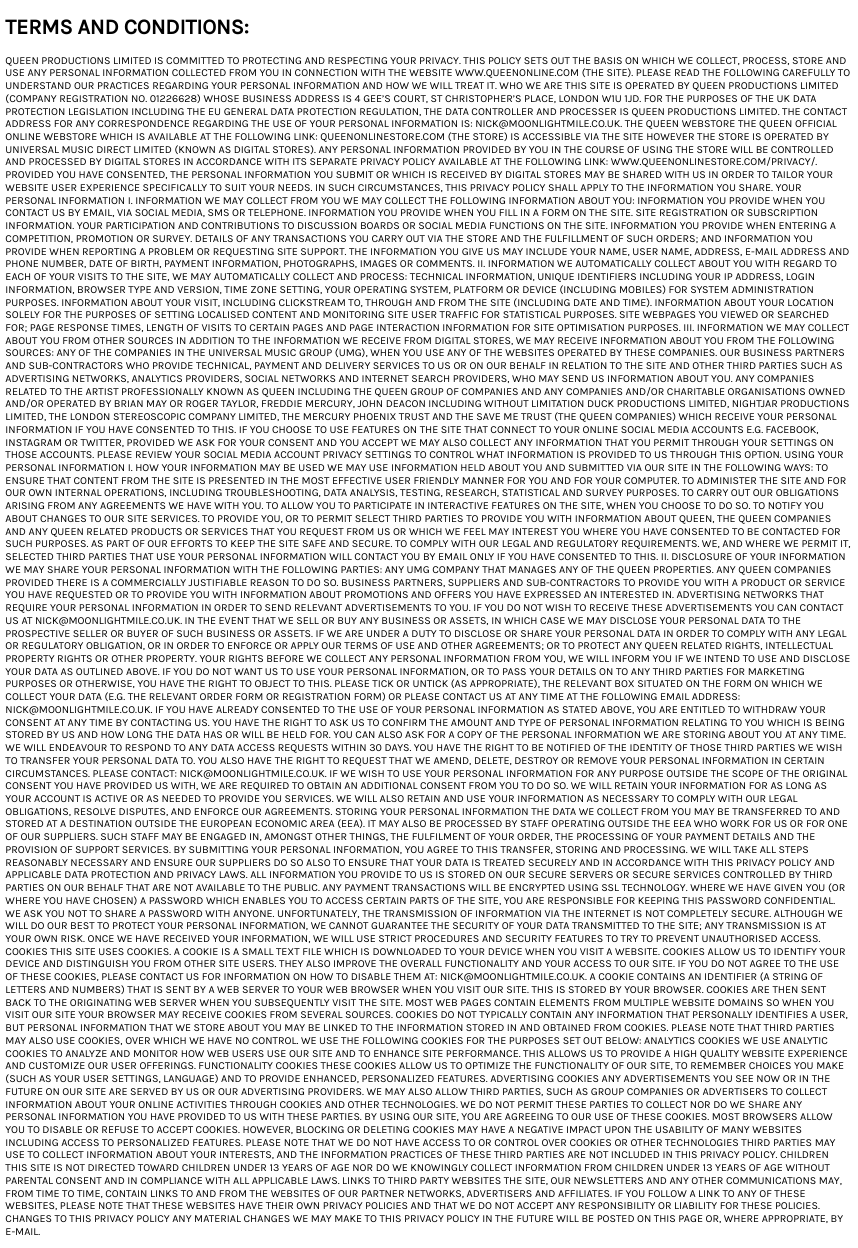
Repository: Olan1/Queen---The-Unofficial-Site
Page: terms-and-conditions.html
The author's editor kept a record of every edit. The page is drawn from the files as they stood at one moment, then again after the next edit.
The browser window is 1280 px wide. The pictures show the whole page, at 67% of full size.

Above is the page before.

### terms-and-conditions.html
<!DOCTYPE html>
<html lang="en">

<head>
    <meta charset="UTF-8">
    <meta name="viewport" content="width=device-width, initial-scale=1.0">
    <meta http-equiv="X-UA-Compatible" content="ie=edge">
    <link href="https://fonts.googleapis.com/css?family=Karla&display=swap" rel="stylesheet">
    <title>Terms and Conditions</title>
    <style>
        body {
            font-family: 'Karla', sans-serif;
            text-transform: uppercase;
        }
    </style>
</head>

<body>
    <h1>Terms and Conditions:</h1>
    <!--Source: http://www.queenonline.com/privacy_policy-->
    <p>Queen Productions Limited is committed to protecting and respecting your privacy. This policy sets out the basis on which we collect, process, store and use any personal information collected from you in connection with the website
        www.queenonline.com
        (the Site). Please read the following carefully to understand our practices regarding your personal information and how we will treat it. Who we are This Site is operated by Queen Productions Limited (company registration no. 01226628) whose business
            address is 4 Gee’s Court, St Christopher’s Place, London W1U 1JD. For the purposes of the UK Data Protection legislation including the EU General Data Protection Regulation, the data controller and processer is Queen Productions Limited. The
            contact address for any correspondence regarding the use of your personal Information is: nick@moonlightmile.co.uk. The Queen Webstore The Queen official online webstore which is available at the following link: queenonlinestore.com (the Store)
            is accessible via the Site however the Store is operated by Universal Music Direct Limited (known as Digital Stores). Any personal information provided by you in the course of using the Store will be controlled and processed by Digital Stores
            in accordance with its separate Privacy Policy available at the following link: www.queenonlinestore.com/privacy/. Provided you have consented, the personal information you submit or which is received by Digital Stores may be shared with us
            in order to tailor your website user experience specifically to suit your needs. In such circumstances, this Privacy Policy shall apply to the information you share. Your Personal Information I. Information we may collect from you We may collect
            the following information about you: Information you provide when you contact us by email, via social media, SMS or telephone. Information you provide when you fill in a form on the Site. Site registration or subscription information. Your
            participation and contributions to discussion boards or social media functions on the Site. Information you provide when entering a competition, promotion or survey. Details of any transactions you carry out via the Store and the fulfillment
            of such orders; and Information you provide when reporting a problem or requesting Site support. The information you give us may include your name, user name, address, e-mail address and phone number, date of birth, payment information, photographs,
            images or comments. II. Information we automatically collect about you With regard to each of your visits to the Site, we may automatically collect and process: Technical information, unique identifiers including your IP address, login information,
            browser type and version, time zone setting, your operating system, platform or device (including mobiles) for system administration purposes. Information about your visit, including clickstream to, through and from the Site (including date
            and time). Information about your location solely for the purposes of setting localised content and monitoring Site user traffic for statistical purposes. Site webpages you viewed or searched for; page response times, length of visits to certain
            pages and page interaction information for Site optimisation purposes. III. Information we may collect about you from other sources In addition to the information we receive from Digital Stores, we may receive information about you from the
            following sources: Any of the companies in the Universal Music Group (UMG), when you use any of the websites operated by these companies. Our business partners and sub-contractors who provide technical, payment and delivery services to us
            or on our behalf in relation to the Site and other third parties such as advertising networks, analytics providers, social networks and internet search providers, who may send us information about you. Any companies related to the artist professionally
            known as Queen including the Queen group of companies and any companies and/or charitable organisations owned and/or operated by Brian May or Roger Taylor, Freddie Mercury, John Deacon including without limitation Duck Productions Limited,
            Nightjar Productions Limited, The London Stereoscopic Company Limited, The Mercury Phoenix Trust and The Save Me Trust (the Queen Companies) which receive your personal information if you have consented to this. If you choose to use features
            on the Site that connect to your online social media accounts e.g. Facebook, Instagram or Twitter, provided we ask for your consent and you accept we may also collect any information that you permit through your settings on those accounts.
            Please review your social media account privacy settings to control what information is provided to us through this option. Using Your Personal Information I. How your information may be used We may use information held about you and submitted
            via our Site in the following ways: To ensure that content from the Site is presented in the most effective user friendly manner for you and for your computer. To administer the Site and for our own internal operations, including troubleshooting,
            data analysis, testing, research, statistical and survey purposes. To carry out our obligations arising from any agreements we have with you. To allow you to participate in interactive features on the Site, when you choose to do so. To notify
            you about changes to our Site services. To provide you, or to permit select third parties to provide you with information about Queen, the Queen Companies and any Queen related products or services that you request from us or which we feel
            may interest you where you have consented to be contacted for such purposes. As part of our efforts to keep the Site safe and secure. To comply with our legal and regulatory requirements. We, and where we permit it, selected third parties
            that use your personal information will contact you by email only if you have consented to this. II. Disclosure of your information We may share your personal information with the following parties: Any UMG company that manages any of the
            Queen properties. Any Queen Companies provided there is a commercially justifiable reason to do so. Business partners, suppliers and sub-contractors to provide you with a product or service you have requested or to provide you with information
            about promotions and offers you have expressed an interested in. Advertising networks that require your personal information in order to send relevant advertisements to you. If you do not wish to receive these advertisements you can contact
            us at nick@moonlightmile.co.uk. In the event that we sell or buy any business or assets, in which case we may disclose your personal data to the prospective seller or buyer of such business or assets. If we are under a duty to disclose or
            share your personal data in order to comply with any legal or regulatory obligation, or in order to enforce or apply our terms of use and other agreements; or to protect any Queen related rights, intellectual property rights or other property.
            Your Rights Before we collect any personal information from you, we will inform you if we intend to use and disclose your data as outlined above. If you do not want us to use your personal information, or to pass your details on to any third
            parties for marketing purposes or otherwise, you have the right to object to this. Please tick or untick (as appropriate), the relevant box situated on the form on which we collect your data (e.g. the relevant order form or registration form)
            or please contact us at any time at the following email address: nick@moonlightmile.co.uk. If you have already consented to the use of your personal information as stated above, you are entitled to withdraw your consent at any time by contacting
            us. You have the right to ask us to confirm the amount and type of personal information relating to you which is being stored by us and how long the data has or will be held for. You can also ask for a copy of the personal information we are
            storing about you at any time. We will endeavour to respond to any data access requests within 30 days. You have the right to be notified of the identity of those third parties we wish to transfer your personal data to. You also have the right
            to request that we amend, delete, destroy or remove your personal information in certain circumstances. Please contact: nick@moonlightmile.co.uk. If we wish to use your personal information for any purpose outside the scope of the original
            consent you have provided us with, we are required to obtain an additional consent from you to do so. We will retain your information for as long as your account is active or as needed to provide you services. We will also retain and use your
            information as necessary to comply with our legal obligations, resolve disputes, and enforce our agreements. Storing Your Personal Information The data we collect from you may be transferred to and stored at a destination outside the European
            Economic Area (EEA). It may also be processed by staff operating outside the EEA who work for us or for one of our suppliers. Such staff may be engaged in, amongst other things, the fulfilment of your order, the processing of your payment
            details and the provision of support services. By submitting your personal information, you agree to this transfer, storing and processing. We will take all steps reasonably necessary and ensure our suppliers do so also to ensure that your
            data is treated securely and in accordance with this Privacy Policy and applicable data protection and privacy laws. All information you provide to us is stored on our secure servers or secure services controlled by third parties on our behalf
            that are not available to the public. Any payment transactions will be encrypted using SSL technology. Where we have given you (or where you have chosen) a password which enables you to access certain parts of the Site, you are responsible
            for keeping this password confidential. We ask you not to share a password with anyone. Unfortunately, the transmission of information via the internet is not completely secure. Although we will do our best to protect your personal information,
            we cannot guarantee the security of your data transmitted to the Site; any transmission is at your own risk. Once we have received your information, we will use strict procedures and security features to try to prevent unauthorised access.
            Cookies This Site uses cookies. A cookie is a small text file which is downloaded to your device when you visit a website. Cookies allow us to identify your device and distinguish you from other Site users. They also improve the overall functionality
            and your access to our Site. If you do not agree to the use of these cookies, please contact us for information on how to disable them at: nick@moonlightmile.co.uk. A cookie contains an identifier (a string of letters and numbers) that is
            sent by a web server to your web browser when you visit our Site. This is stored by your browser. Cookies are then sent back to the originating web server when you subsequently visit the Site. Most web pages contain elements from multiple
            website domains so when you visit our Site your browser may receive cookies from several sources. Cookies do not typically contain any information that personally identifies a user, but personal information that we store about you may be linked
            to the information stored in and obtained from cookies. Please note that third parties may also use cookies, over which we have no control. We use the following cookies for the purposes set out below: Analytics cookies We use analytic cookies
            to analyze and monitor how web users use our Site and to enhance Site performance. This allows us to provide a high quality website experience and customize our user offerings. Functionality cookies These cookies allow us to optimize the functionality
            of our Site, to remember choices you make (such as your user settings, language) and to provide enhanced, personalized features. Advertising cookies Any advertisements you see now or in the future on our Site are served by us or our advertising
            providers. We may also allow third parties, such as group companies or advertisers to collect information about your online activities through cookies and other technologies. We do not permit these parties to collect nor do we share any personal
            information you have provided to us with these parties. By using our Site, you are agreeing to our use of these cookies. Most browsers allow you to disable or refuse to accept cookies. However, blocking or deleting cookies may have a negative
            impact upon the usability of many websites including access to personalized features. Please note that we do not have access to or control over cookies or other technologies third parties may use to collect information about your interests,
            and the information practices of these third parties are not included in this Privacy Policy. Children This Site is not directed toward children under 13 years of age nor do we knowingly collect information from children under 13 years of
            age without parental consent and in compliance with all applicable laws. Links to third party websites The Site, our newsletters and any other communications may, from time to time, contain links to and from the websites of our partner networks,
            advertisers and affiliates. If you follow a link to any of these websites, please note that these websites have their own privacy policies and that we do not accept any responsibility or liability for these policies. Changes to this privacy
            policy Any material changes we may make to this privacy policy in the future will be posted on this page or, where appropriate, by e-mail.</p>
</body>

</html>

After the next edit:
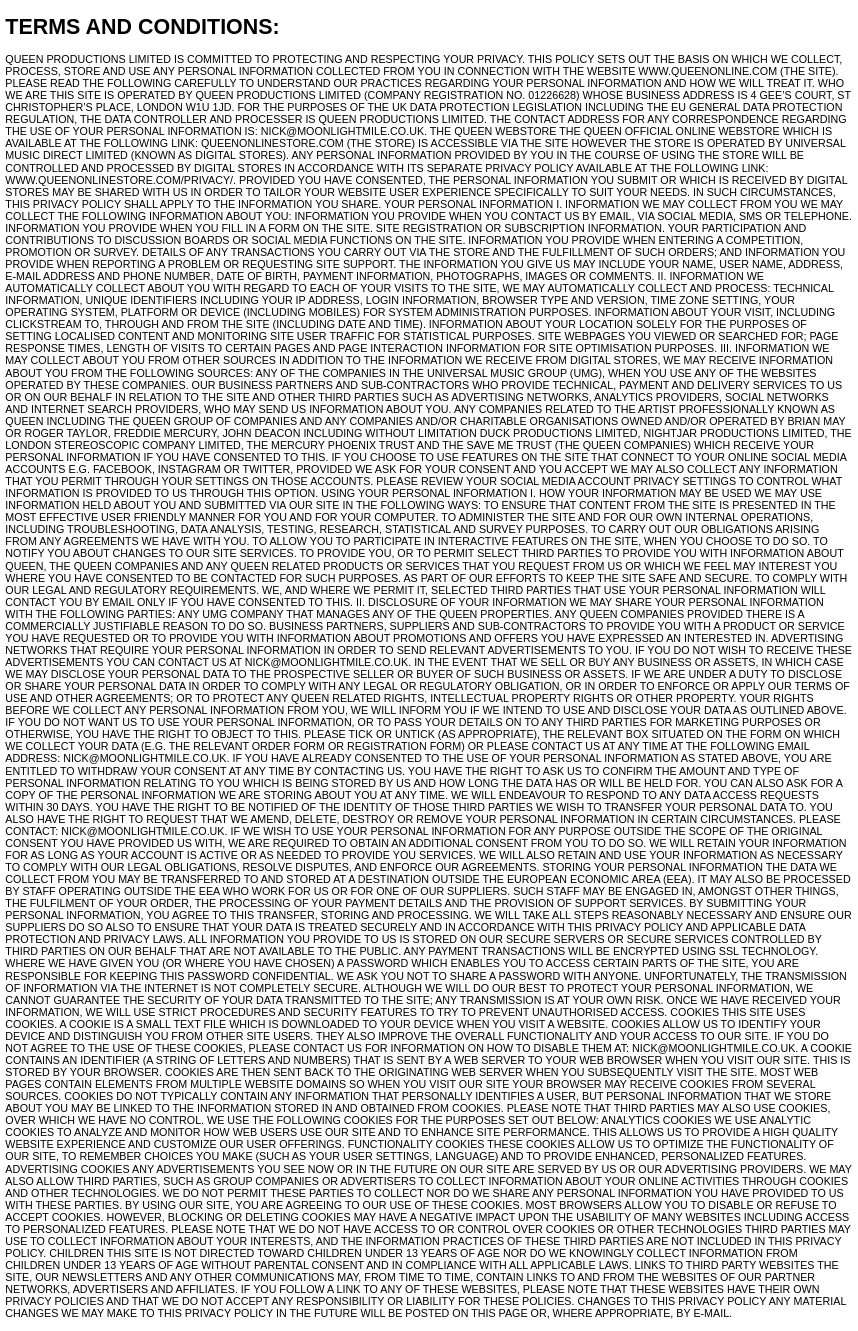
The edit:
--- a/terms-and-conditions.html
+++ b/terms-and-conditions.html
@@ -5,7 +5,7 @@
     <meta charset="UTF-8">
     <meta name="viewport" content="width=device-width, initial-scale=1.0">
     <meta http-equiv="X-UA-Compatible" content="ie=edge">
-    <link href="https://fonts.googleapis.com/css?family=Karla&display=swap" rel="stylesheet">
+    <link href="https://fonts.googleapis.com/css?family=Fira+Code&display=swap" rel="stylesheet">
     <title>Terms and Conditions</title>
     <style>
         body {
